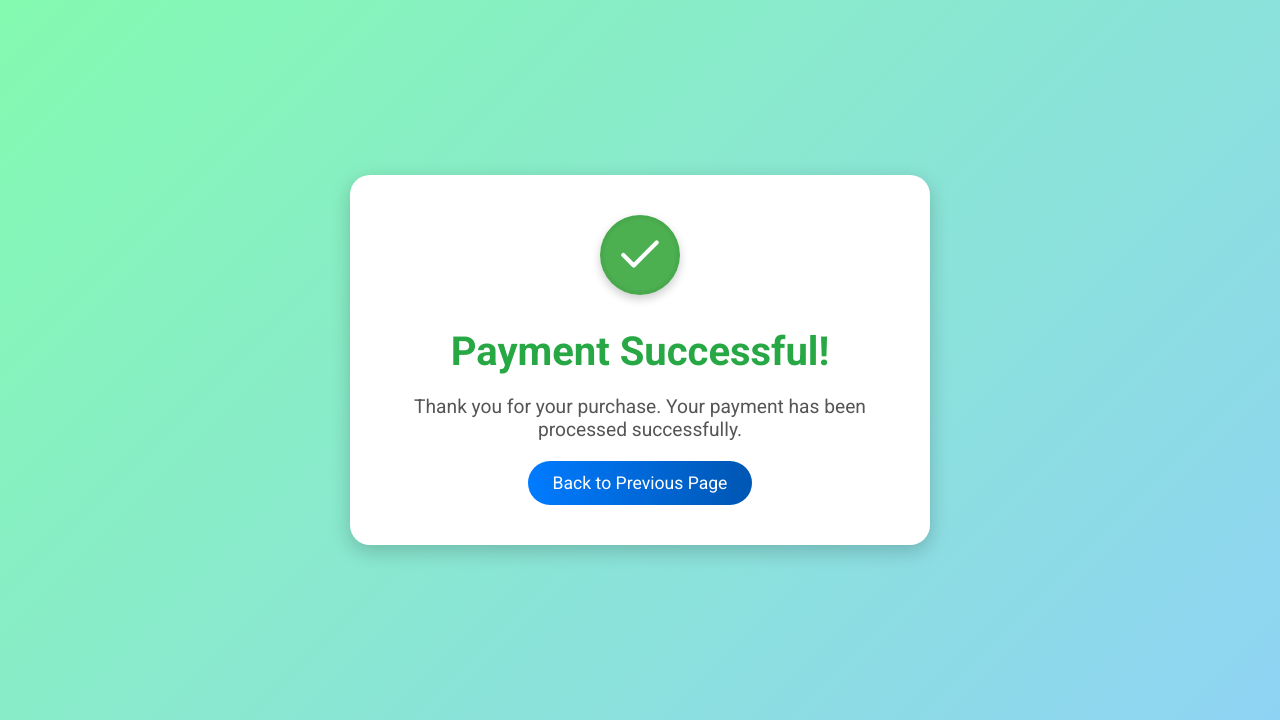
Repository: Masood395/Food-App
Page: http://localhost/FoodApp/paymentConfirmation.jsp
These files come from the project's save history. The page is drawn as it stood at one moment and after the next save; the edit follows.
The browser window is 1280 px wide. The pictures show the whole page.
The page is served by Tomcat 9.

Above is the page before, as saved 2024-11-20 09:02:42.

After the next save:
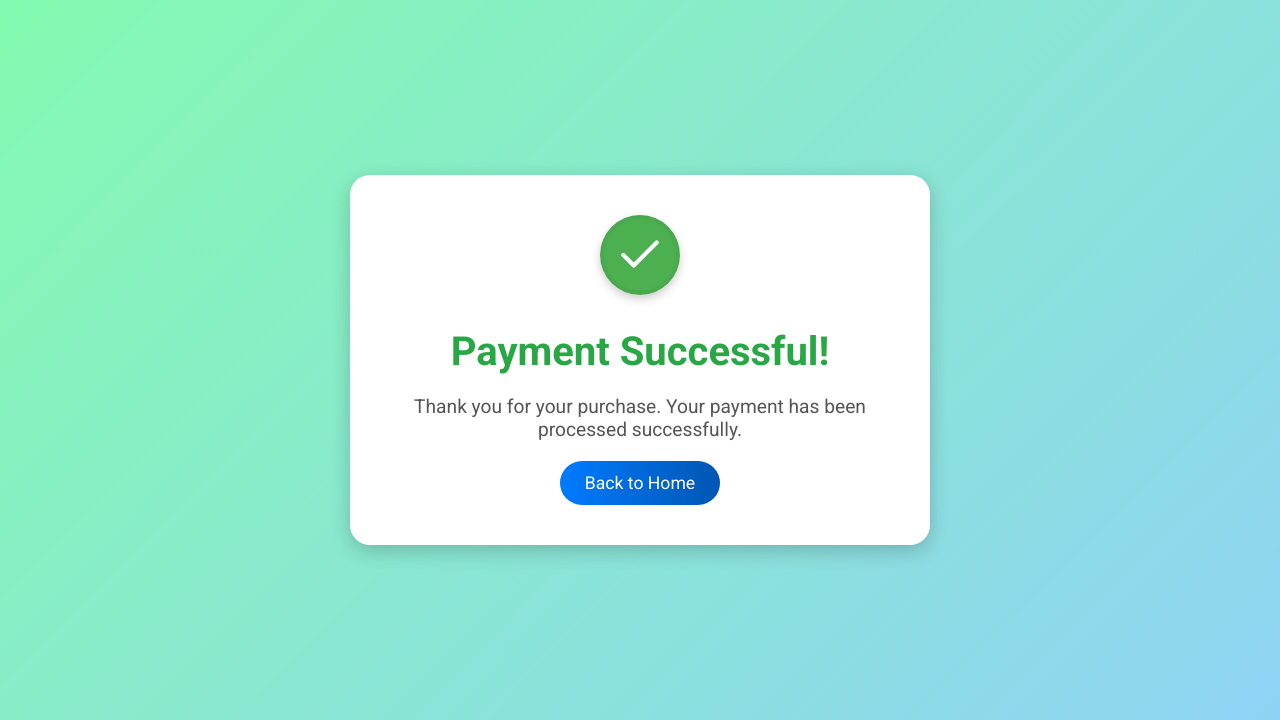
Saved 74 s later.
--- a/FoodApp/src/main/webapp/paymentConfirmation.jsp
+++ b/FoodApp/src/main/webapp/paymentConfirmation.jsp
@@ -307,7 +307,7 @@
     <h2>Payment Successful!</h2>
     <p>Thank you for your purchase. Your payment has been processed successfully.</p>
 
-    <a href="home.jsp" class="back-button">Back to Previous Page</a>
+    <a href="home.jsp" class="back-button">Back to Home</a>
 </div>
 
 </body>
